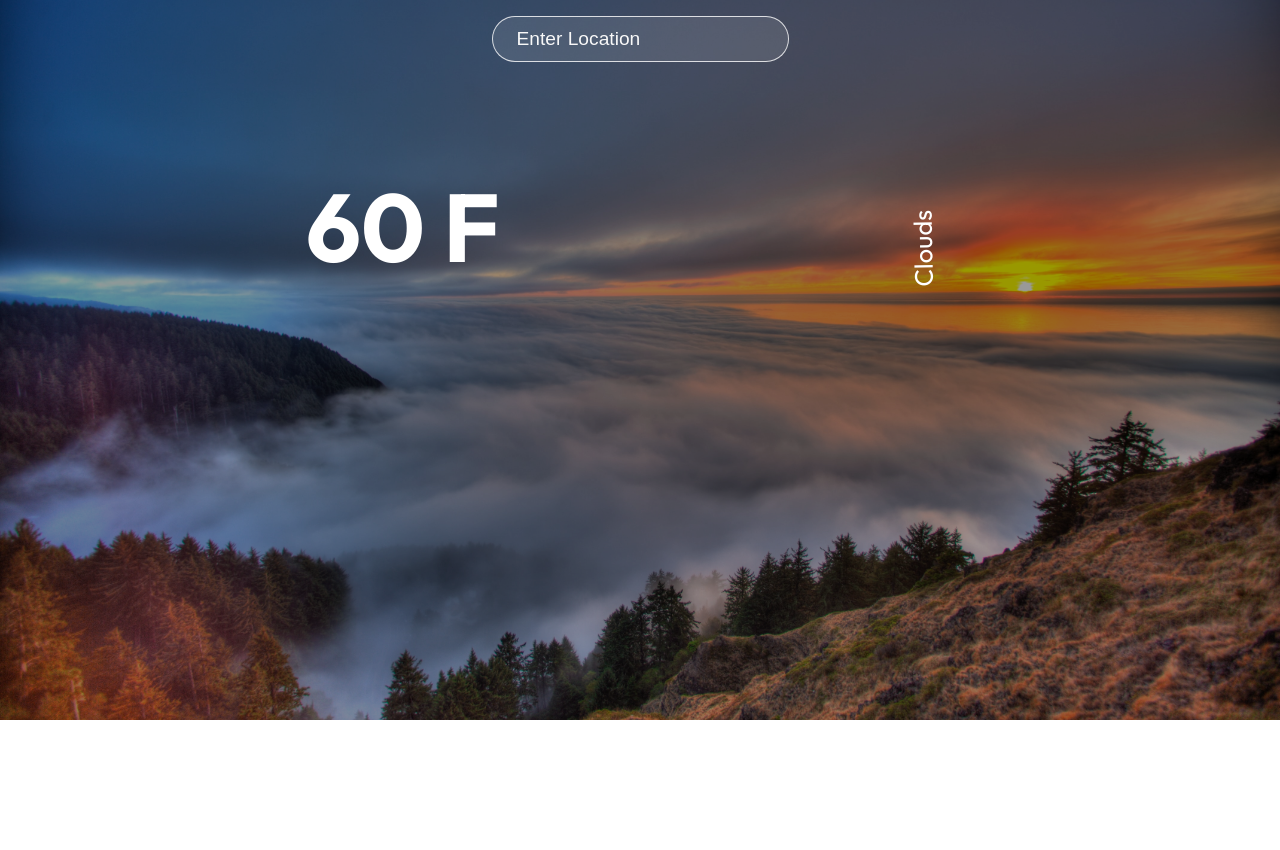
Repository: mahsa199170/react-fetch-data
Page: / (app in weather-map/)
These files come from the project's save history. The page is drawn as it stood at one moment and after the next save; the edit follows.
The browser window is 1280 px wide. The pictures show the whole page.
The page's requests for data from a server got no answer. The project was rebuilt for these pictures with package versions that can differ from the ones it lists, and the page was loaded fresh each time. No one was signed in, and anything a server would have sent is missing. Also part of the build but not shown: weather-map/src/App.css.

Above is the page before, as saved 2024-11-21 12:34:05.

### weather-map/src/index.css
@import url('https://fonts.googleapis.com/css2?family=Outfit:wght@100;200;300;400;500;600;700&family=Poppins:ital,wght@0,100;0,200;0,300;0,400;0,500;0,600;0,700;0,800;0,900;1,100;1,200;1,300;1,400;1,500;1,600;1,700;1,800;1,900&display=swap');

* {
  box-sizing: border-box;
  margin: 0;
  padding: 0;
}

body {
  font-family: 'Outfit', 'Segoe UI', 'Roboto', 'Oxygen', 'Ubuntu', 'Cantarell',
    'Fira Sans', 'Droid Sans', 'Helvetica Neue', sans-serif;
  -webkit-font-smoothing: antialiased;
  -moz-osx-font-smoothing: grayscale;
}

p {
  font-size: 1.6rem;
}

h1 {
  font-size: 6rem;
}

.app {
  width: 100%;
  height: 100vh;
  position: relative;
  background-color: rgba(0, 0, 0, 0.4);
  color: #fff;
}

.app:before {
  content: '';
  background: url('./assets/images/sunset.jpg') no-repeat center center/cover;
  position: absolute;
  width: 100%;
  height: 100%;
  top: 0;
  left: 0;
  z-index: -1;
}

.app .search {
  text-align: center;
  padding: 1rem;
}

.app input {
  padding: 0.7rem 1.5rem;
  font-size: 1.2rem;
  border-radius: 25px;
  border: 1px solid rgba(255, 255, 255, 0.8);
  background: rgba(255, 255, 255, 0.1);
  color: #f8f8f8;
}

::placeholder {
  color: #f8f8f8;
}

.container {
  max-width: 700px;
  height: 700px;
  margin: auto;
  padding: 0 1rem;
  position: relative;
  top: 10%;
  display: flex;
  flex-direction: column;
  justify-content: space-between;
}

.app .top {
  width: 100%;
  margin: 1rem auto;
}

.app .description {
  position: relative;
  right: -90%;
  transform-origin: 0 0;
  transform: rotate(269deg);
}

.app .bottom {
  display: flex;
  justify-content: space-evenly;
  text-align: center;
  width: 100%;
  margin: 1rem auto;
  padding: 1rem;
  border-radius: 12px;
  background-color: rgba(255, 255, 255, 0.2);
}

.bold {
  font-weight: 700;
}

### weather-map/src/App.js
import { useState } from 'react';
import './App.css';
import axios from 'axios';

function App() {
  const [data, setData] = useState({});

  const [location, setLocation] = useState('');

  const apiKey = '3712c40bd43b9b9c388818e83126cc94';
  const url = `https://api.openweathermap.org/data/2.5/weather?q=${location}&appid=${apiKey}`;

  const fetchWeatherData = axios
    .get(url)
    .then((response) => {
      setData(response.data);
      console.log(response.data);
    })
    .catch((error) => console.log(error));

  const searchlocation = (e) => {
    if (e.key === 'Enter') {
      return fetchWeatherData;
    }
  };

  return (
    <div className="app">
      <div className="search">
        <input
          type="text"
          placeholder="Enter Location"
          name="location"
          value={location}
          onChange={(e) => setLocation(e.target.value)}
          onKeyUp={searchlocation}
        />
      </div>
      <div className="container">
        <div className="top">
          <div className="location">
            <p>{location}</p>
          </div>
          <div className="temp">
            <h1>60 F</h1>
          </div>
          <div className="description">
            <p>Clouds</p>
          </div>
        </div>
        <div className="bottom">
          <div className="feels">
            <p className="bold">65F</p>
            <p>Feels Like</p>
          </div>
          <div className="humidity">
            <p className="bold">65</p>
            <p>Humidity</p>
          </div>
          <div className="wind">
            <p className="bold">12 MPH</p>
            <p>Wind Speed</p>
          </div>
        </div>
      </div>
    </div>
  );
}

export default App;

Loaded but not shown: weather-map/public/index.html (common file); weather-map/src/index.js (common file)

After the next save:
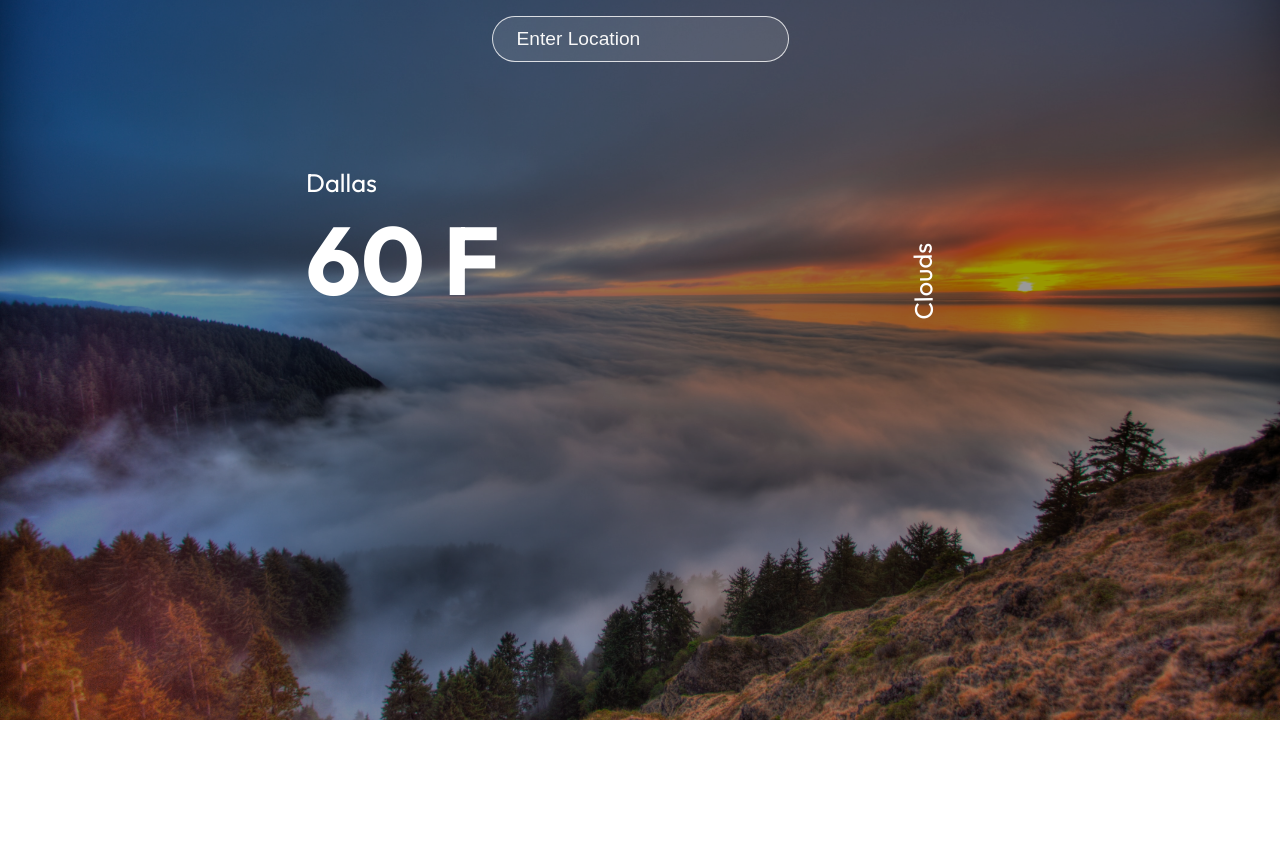
Saved 36 s later.
--- a/weather-map/src/App.js
+++ b/weather-map/src/App.js
@@ -39,7 +39,7 @@ function App() {
       <div className="container">
         <div className="top">
           <div className="location">
-            <p>{location}</p>
+            <p>Dallas</p>
           </div>
           <div className="temp">
             <h1>60 F</h1>
